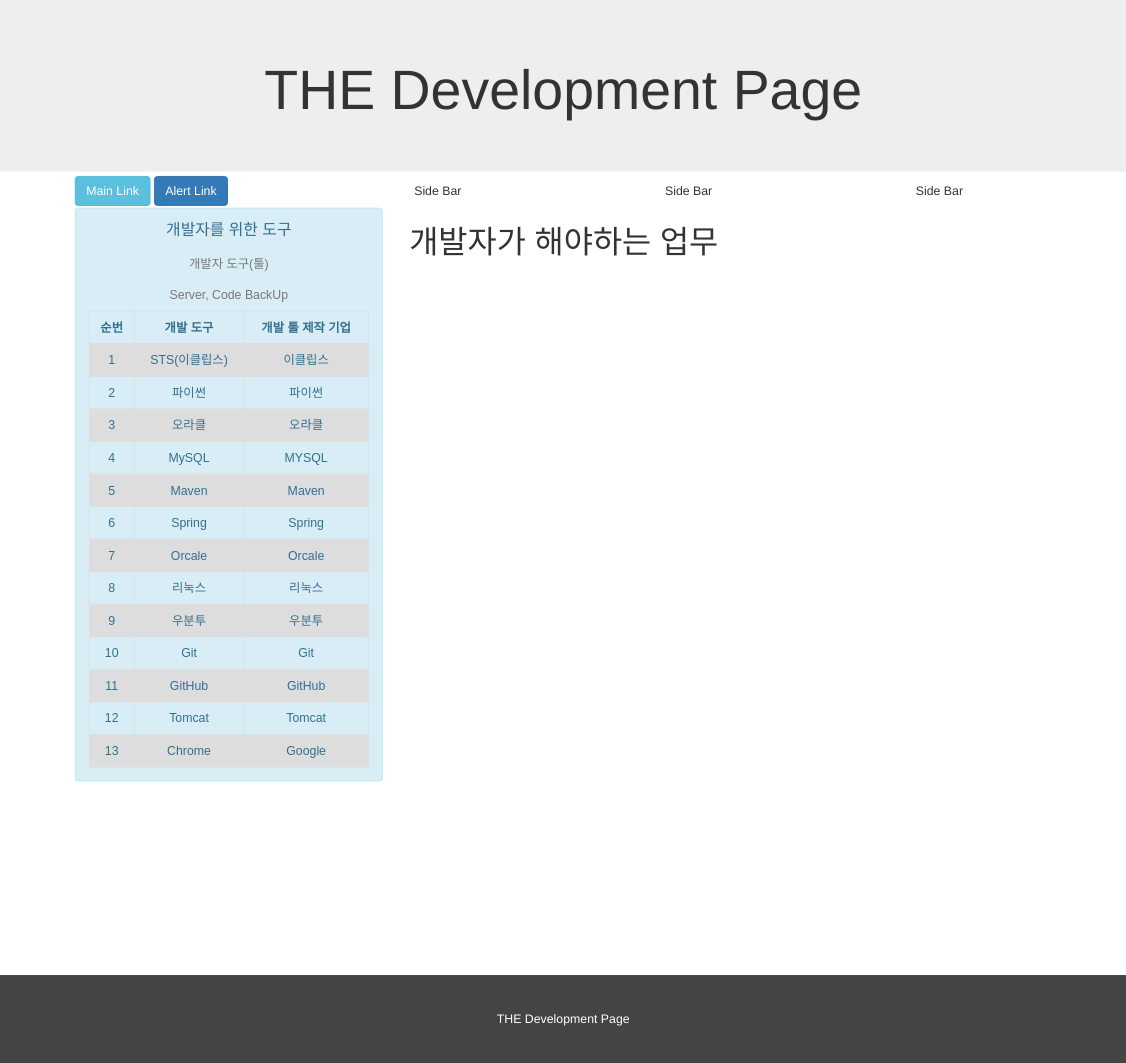
Repository: as2019a/spring
Page: http://localhost/ch19_project_mavenwebsite/WEB-INF/views/development.jsp
An editor plug-in stored every save of this project. The page is shown before and after the next save, followed by the edit.
The browser window is 1280 px wide. The pictures show the whole page, at 88% of full size.
Some web libraries are served in a nearby version. The page is served by Tomcat 9. Nobody is signed in. The template is opened directly, without the code that normally fills it, so the values that code supplies are empty.

Above is the page before, as saved 2019-01-30 07:46:12.

After the next save:
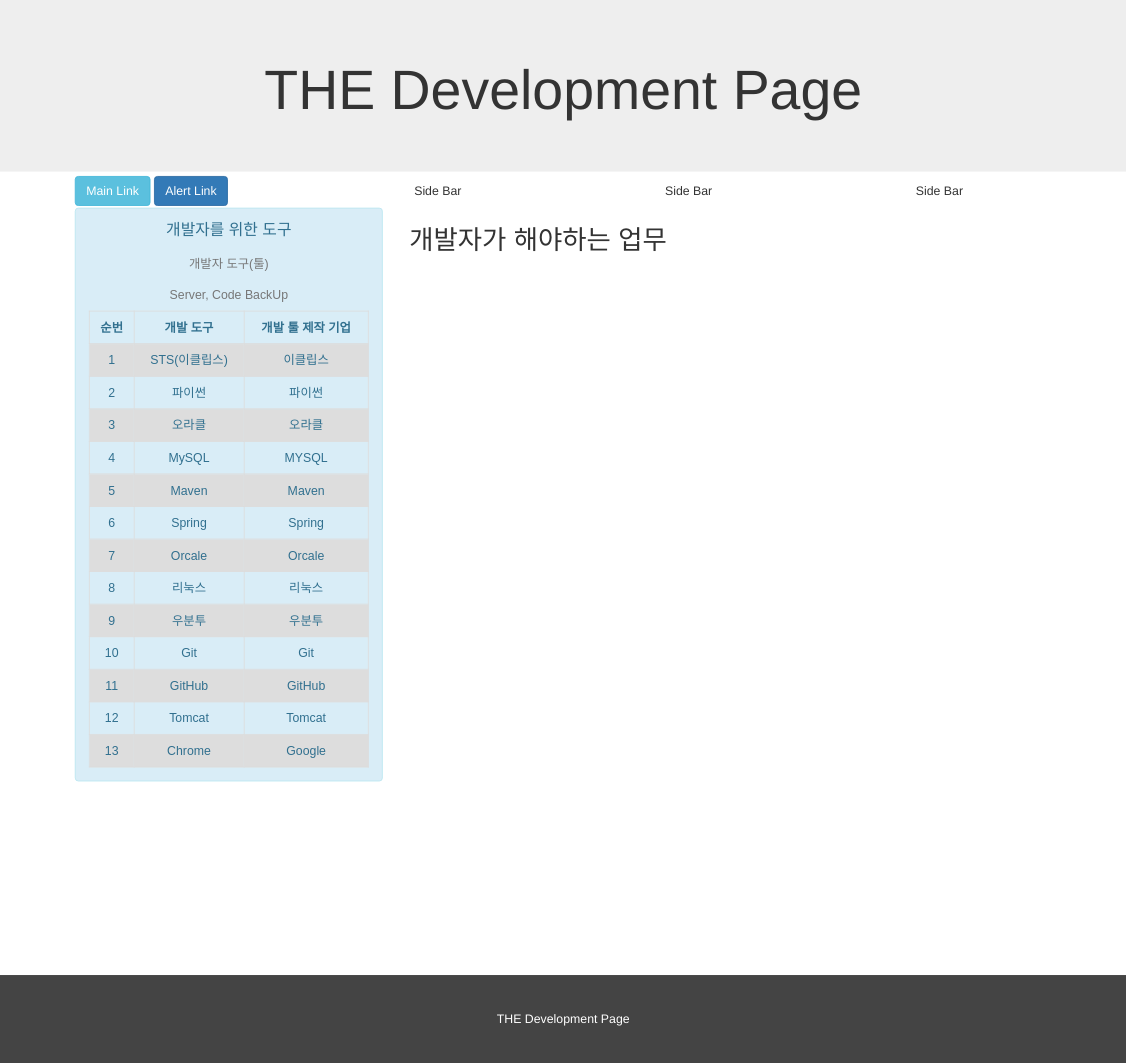
Saved 19 s later.
--- a/ch19_project_mavenwebsite/src/main/webapp/WEB-INF/views/development.jsp
+++ b/ch19_project_mavenwebsite/src/main/webapp/WEB-INF/views/development.jsp
@@ -164,8 +164,8 @@
 	    			</table>
 	    		</div>
 	    	</div>
-	    	<div class="col-xs-5">
-	    		<h1>개발자가 해야하는 업무</h1>
+	    	<div class="col-xs-4">
+	    		<h2>개발자가 해야하는 업무</h2>
 	    	</div>
 	    	<div class="col-xs-4">
 
